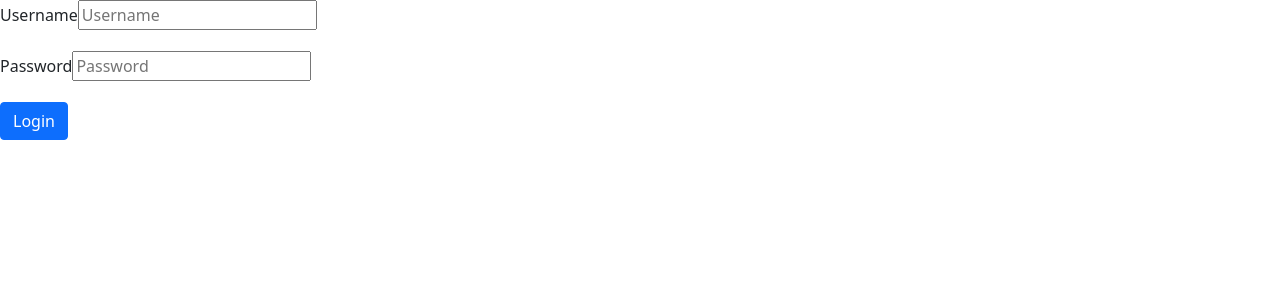
Repository: dilaraozdem1r/BooksApp
Page: /admin/page
These files come from the project's save history. The page is drawn as it stood at one moment and after the next save; the edit follows.
The browser window is 1280 px wide. The pictures show the whole page.
The page's requests for data from a server got no answer. The project was rebuilt for these pictures with package versions that can differ from the ones it lists, and the page was loaded fresh each time. No one was signed in, and anything a server would have sent is missing. Also part of the build but not shown: src/Components/BookList.js, src/Components/SearchBar.js.

Above is the page before, as saved 2021-08-20 13:20:33.

### public/index.html
<!DOCTYPE html>
<html lang="en">
  <head>
    <meta charset="utf-8" />
    <link rel="icon" href="%PUBLIC_URL%/favicon.ico" />
    <meta name="viewport" content="width=device-width, initial-scale=1" />
    <meta name="theme-color" content="#000000" />
    <meta
      name="description"
      content="Web site created using create-react-app"
    />
    <link rel="apple-touch-icon" href="%PUBLIC_URL%/logo192.png" />
    <!--
      manifest.json provides metadata used when your web app is installed on a
      user's mobile device or desktop. See https://developers.google.com/web/fundamentals/web-app-manifest/
    -->
    <link rel="manifest" href="%PUBLIC_URL%/manifest.json" />
    <!--
      Notice the use of %PUBLIC_URL% in the tags above.
      It will be replaced with the URL of the `public` folder during the build.
      Only files inside the `public` folder can be referenced from the HTML.

      Unlike "/favicon.ico" or "favicon.ico", "%PUBLIC_URL%/favicon.ico" will
      work correctly both with client-side routing and a non-root public URL.
      Learn how to configure a non-root public URL by running `npm run build`.
    -->
    <link href="https://cdn.jsdelivr.net/npm/bootstrap@5.0.2/dist/css/bootstrap.min.css" rel="stylesheet" integrity="sha384-EVSTQN3/azprG1Anm3QDgpJLIm9Nao0Yz1ztcQTwFspd3yD65VohhpuuCOmLASjC" crossorigin="anonymous">
    <title>Books App</title>
  </head>
  <body>
    <noscript>You need to enable JavaScript to run this app.</noscript>
    <div id="root"></div>
    <!--
      This HTML file is a template.
      If you open it directly in the browser, you will see an empty page.

      You can add webfonts, meta tags, or analytics to this file.
      The build step will place the bundled scripts into the <body> tag.

      To begin the development, run `npm start` or `yarn start`.
      To create a production bundle, use `npm run build` or `yarn build`.
    -->
    <script src="https://cdn.jsdelivr.net/npm/bootstrap@5.0.2/dist/js/bootstrap.bundle.min.js" integrity="sha384-MrcW6ZMFYlzcLA8Nl+NtUVF0sA7MsXsP1UyJoMp4YLEuNSfAP+JcXn/tWtIaxVXM" crossorigin="anonymous"></script>
  </body>
</html>

### src/index.js
import React from 'react'
import ReactDOM from 'react-dom'
import App from './Components/App'

ReactDOM.render(
    <App />,
    document.getElementById('root')

);

### src/Components/App.js
import React from 'react'
import { BrowserRouter as Router, Switch, Route, Link } from "react-router-dom";
import Books from './BookList';
import axios from 'axios'
import SearchBar from './SearchBar'
import Admin from './Admin'

class App extends React.Component {
  state = {
    books: [],
    searchQuery:""
  }

  async componentDidMount() {
    this.getBooks();

  }
  async getBooks() {
    const response = await axios.get(" http://localhost:3004/books");

    this.setState({ books: response.data })

  }
  searchMovie=(event)=>{
    this.setState({
      searchQuery:event.target.value
    })

  }

  render() {

    let filteredBooks=this.state.books.filter(
      (book)=>{
        return book.name.toLowerCase().indexOf(this.state.searchQuery.toLowerCase()) !== -1 }
    ).sort((a,b)=>{
      return a.id < b.id ? 1 : a.id > b.id ? -1 : 0 ;
    });



    return (
      <Router>
      <Switch>
      <Route path="/" exact render={() => (
            <React.Fragment>
      <div>
        <nav className="navbar navbar-light bg-light">
            <div className="container-fluid">
            <a class="navbar-brand">
          <img src="https://encrypted-tbn0.gstatic.com/images?q=tbn:ANd9GcRZ-o86obF-UTdLqsqqiUM6O82URx7R52fXlw&usqp=CAU" alt="" width="50" height="40" class="d-inline-block align-text-top"/>
          </a>

            <SearchBar search={this.searchMovie} />
            <div className="col ol-md-5">
                        <Link
                            to="/admin"
                            type="button"
                            className="btn btn-danger"
                            style={{ float: 'right' }}
                        >Admin Login</Link>
                    </div>

            </div>
          </nav>
      </div>
    <div>
              <Books books={filteredBooks} />
          </div>

    </React.Fragment> )}>
    </Route>

    <Route path="/admin" render={({ history }) => (
            <Admin  />
          )}>
          </Route>
    <div>
      <button class="navbar-toggler" type="button" data-bs-toggle="collapse" data-bs-target="#navbarSupportedContent" aria-controls="navbarSupportedContent" aria-expanded="false" aria-label="Toggle navigation">Admin Login</button>
    </div>












      </Switch>
      </Router>
        );
}
}
        export default App;

### src/Components/Admin.js
import React from 'react';
import { BrowserRouter as Router, Switch, Route, Link } from "react-router-dom";
class Admin extends React.Component {

    render() {
        return (
            <Router>
                <Switch>
                    <form>
                        <div class="mb-3">
                            <label for="exampleInputEmail1" class="form-label">Username</label>
                            <input type="text" className="col-xs-15" placeholder="Username" aria-label="First name"/>

                        </div>
                            <div className="mb-3">
                                <label for="exampleInputPassword1" className="form-label">Password</label>
                                <input type="password" className="col-xs-4" placeholder="Password" aria-label="Last name"/>
                            </div>


                                    <button type="submit" className="btn btn-primary">Login</button>
                    </form>
                </Switch>
        </Router>

                        )
    }

}
export default Admin;

After the next save:
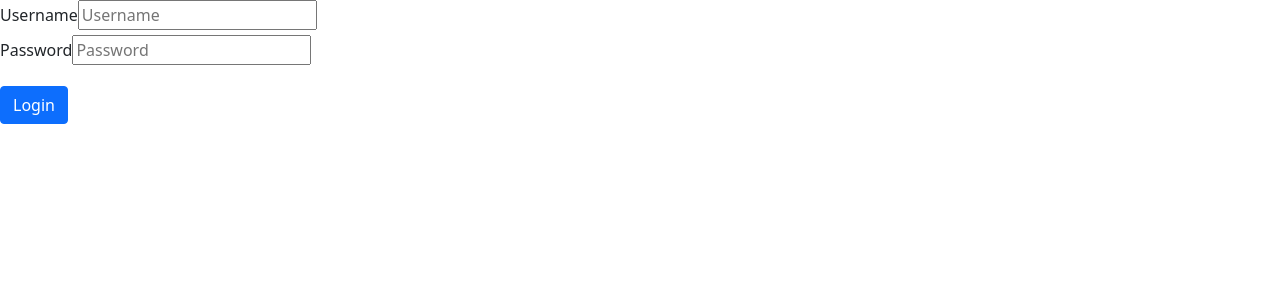
Saved 69 s later.
--- a/src/Components/Admin.js
+++ b/src/Components/Admin.js
@@ -7,9 +7,9 @@ class Admin extends React.Component {
             <Router>
                 <Switch>
                     <form>
-                        <div class="mb-3">
+                    <div class="col-md-4">
                             <label for="exampleInputEmail1" class="form-label">Username</label>
-                            <input type="text" className="col-xs-15" placeholder="Username" aria-label="First name"/>
+                            <input type="text" className="form-contrpl" placeholder="Username" aria-label="First name"/>
 
                         </div>
                             <div className="mb-3">
